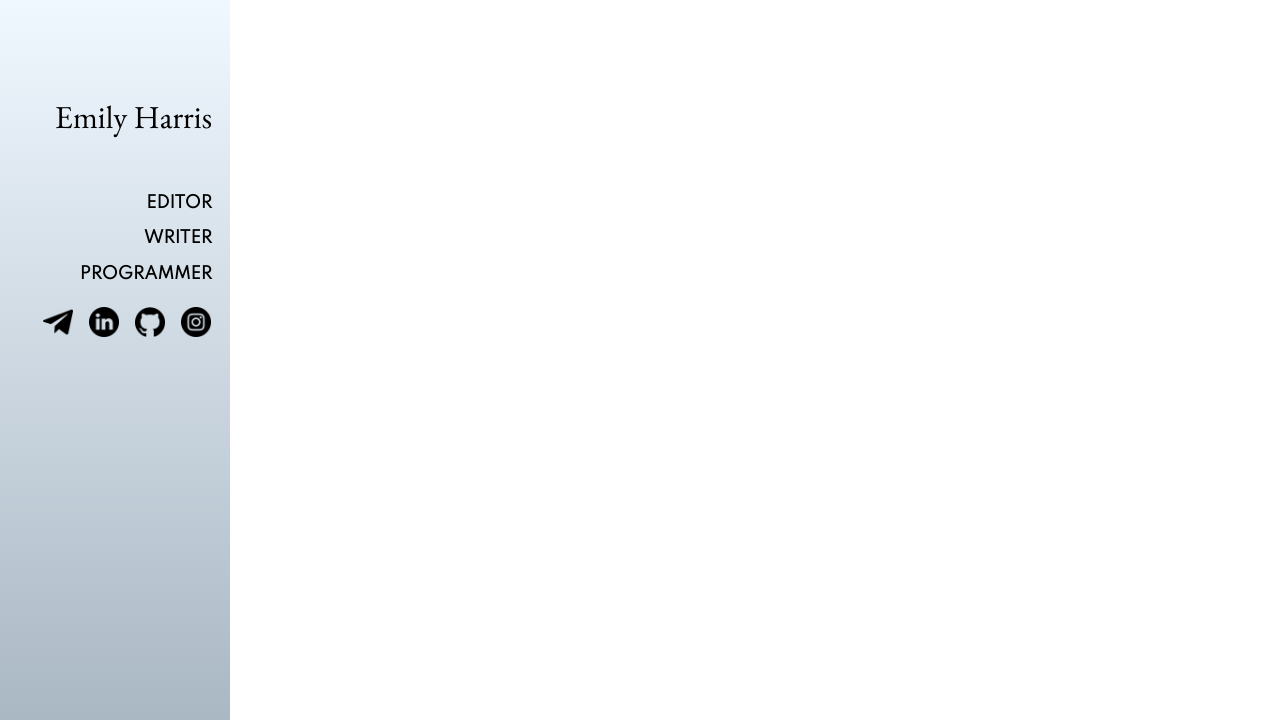
Repository: emnharris/FreeCodeCampChallenges
Page: responsive-web-design/portfolio/portfolio.html
The author's editor kept a copy of each file at every save. The page is drawn from the files as they stood at one save, then again after the next save.
The browser window is 1280 px wide. The pictures show the whole page.
Some web fonts or font styles are not loaded; a fallback is used.

Above is the page before, as saved 2020-04-24 11:37:31.

### responsive-web-design/portfolio/portfolio.html
<!DOCTYPE html>
<html>
    <head>
        <!-- import fonts -->
        <link href="https://fonts.googleapis.com/css?family=Amiri|EB+Garamond|Spartan:100,400&display=swap" rel="stylesheet">

        <!-- import stylesheet -->
        <link rel="stylesheet" type="text/css" href="portfolio.css">

        <!-- mobile text sizing -->
        <meta name="viewport" content="width=device-width, initial-scale=1.0, maximum-scale=1.0, user-scalable=no"/>

        <!--favicon-->
        <link rel="shortcut icon" href="bookshelf.ico" />
    </head>
    <body>
        <title>
            Emily Harris | Portfolio
        </title>
        <header>
            <section id="sidebar">
                <!-- <img class="profile" src="https://i.ibb.co/fMdVrV9/Air-Brush-20191130152150.jpg"> -->
                <!-- <span class="center">
                    <img class="icon" src="http://icons.iconarchive.com/icons/dtafalonso/android-lollipop/256/Gmail-icon.png">
                    <img class="icon" src="http://icons.iconarchive.com/icons/papirus-team/papirus-apps/256/github-icon.png">
                    <img class="icon" src="http://icons.iconarchive.com/icons/limav/flat-gradient-social/256/Linkedin-icon.png">
                </span> -->

                <h1>Emily Harris</h1>

                <h2>Editor</h2>
                <h2>Writer</h2>
                <h2>Programmer</h2>

                <div class="icons">
                    <a id="email" href="mailto:emily.n.harris@gmail.com" target="_blank"><img class="icon" src="telegram.png"></a>
                    <a id="linkedin" href="https://www.linkedin.com/in/emily-harris-4b4b37174/" target="_blank"><img class="icon" src="linkedin.png"></a>
                    <a id="github" href="https://github.com/emnharris" target="_blank"><img class="icon" src="github-logo.png"></a>
                    <a href="" target="_blank"><img class="icon" src="instagram.png"></a>
                </div>

            </section>


        </header>
        <main>
            <h1 class="favicon">EH</h1>

        </main>
        <footer>

        </footer>
    </body>
</html>

### responsive-web-design/portfolio/portfolio.css
#sidebar {
    height: 100%;
    width: 18%;
    position: fixed;
    top: 0;
    left: 0;
    background: linear-gradient(180deg, #f0f8ff, #aab8c4);
    /* border-right: 2px solid #aab8c4; */
    /* background: #121212; */
}
h1 {
    font-family: 'EB Garamond', serif;
    text-align: right;
    font-size: 2em;
    font-weight: 200;
    line-height: 3em;
    color: black;
    padding-right: 8%;
    margin-top: 30%;
}
h2 {
    font-family: 'Spartan', sans-serif;
    text-transform: uppercase;
    text-align: right;
    font-size: 1em;
    line-height: 1.4em;
    padding-right: 8%;
}
.profile {
    border-radius: 50%;
    width: 160px;
    padding: 60px 0px;
    display: block;
    margin-left: auto;
    margin-right: auto;
}
.center {
    display: block;
    margin-left: auto;
    margin-right: auto;
    width: 100%;
}
body {
    margin: 0px;
    /* background: linear-gradient(180deg, white, #aab8c4); */
}
.icon {
    width: 30px;
    padding: .5em;
}
.icon:hover {
    opacity: 0.5;
}
.icons {
    /* position: fixed;
    bottom: 0;
    left: 0;
    padding: 20px; */
    display: flex;
    flex-direction: row;
    flex-wrap: wrap;
    justify-content: flex-end;
    padding-right: 5%;
}
.favicon {
    height: 100px;
    width: 100px;
    border-radius: 50%;
    background: linear-gradient(180deg, #f0f8ff, #aab8c4);
    color: black;
}

After the next save:
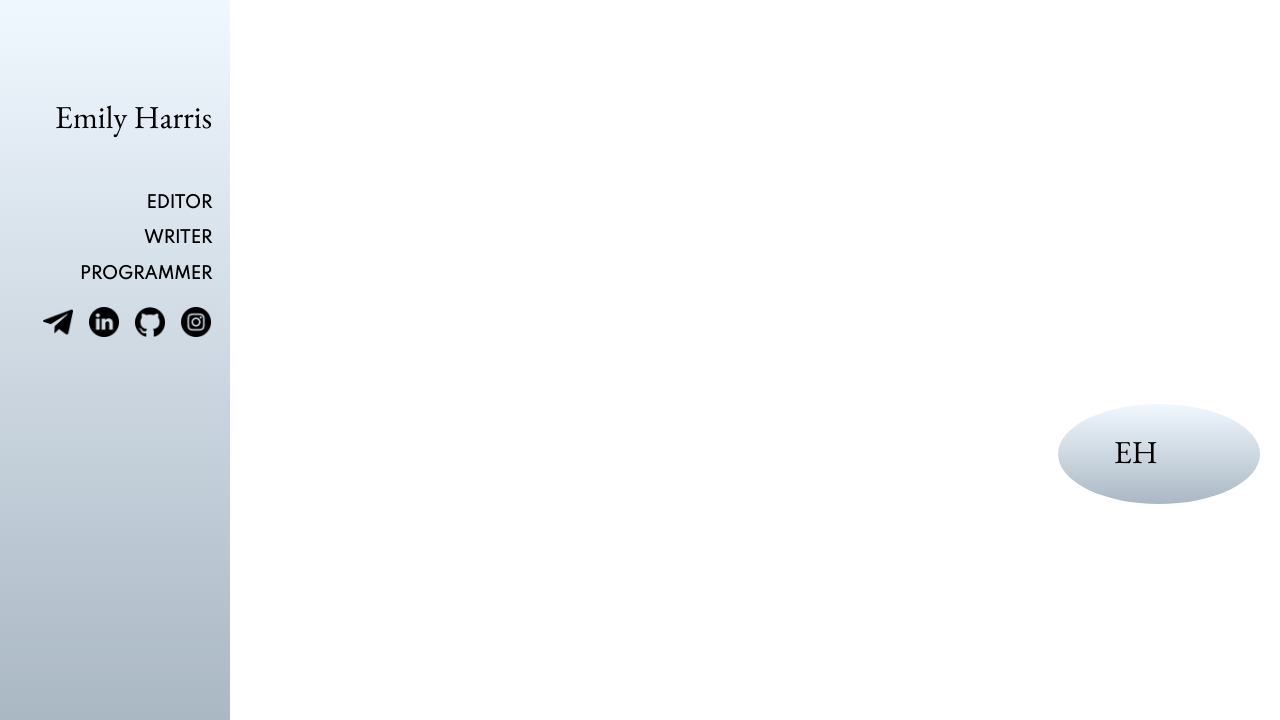
Saved 31 s later.
--- a/responsive-web-design/portfolio/portfolio.css
+++ b/responsive-web-design/portfolio/portfolio.css
@@ -68,4 +68,7 @@
     border-radius: 50%;
     background: linear-gradient(180deg, #f0f8ff, #aab8c4);
     color: black;
+    position: fixed;
+    right: 20px;
+    top: 20px;
 }

After the save that followed:
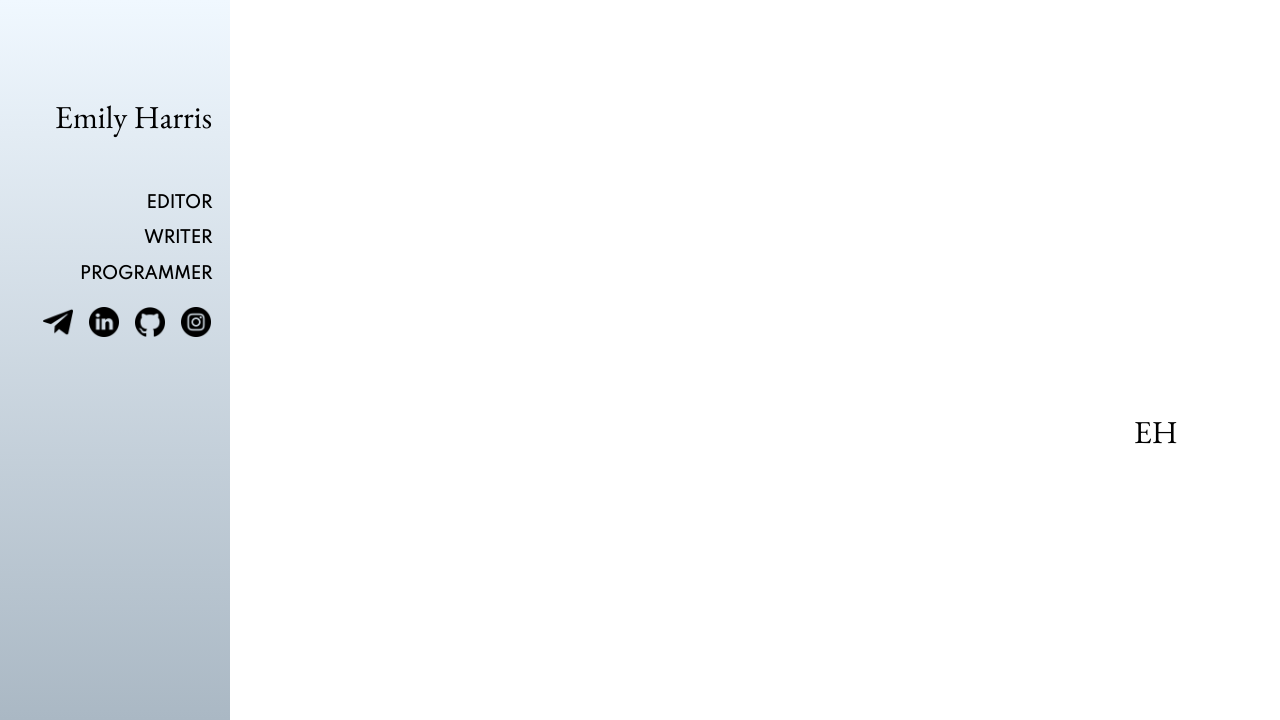
Saved 100 s later.
--- a/responsive-web-design/portfolio/portfolio.css
+++ b/responsive-web-design/portfolio/portfolio.css
@@ -1,5 +1,6 @@
 #sidebar {
     height: 100%;
+    min-width: 100px;
     width: 18%;
     position: fixed;
     top: 0;
@@ -62,13 +63,3 @@
     justify-content: flex-end;
     padding-right: 5%;
 }
-.favicon {
-    height: 100px;
-    width: 100px;
-    border-radius: 50%;
-    background: linear-gradient(180deg, #f0f8ff, #aab8c4);
-    color: black;
-    position: fixed;
-    right: 20px;
-    top: 20px;
-}
